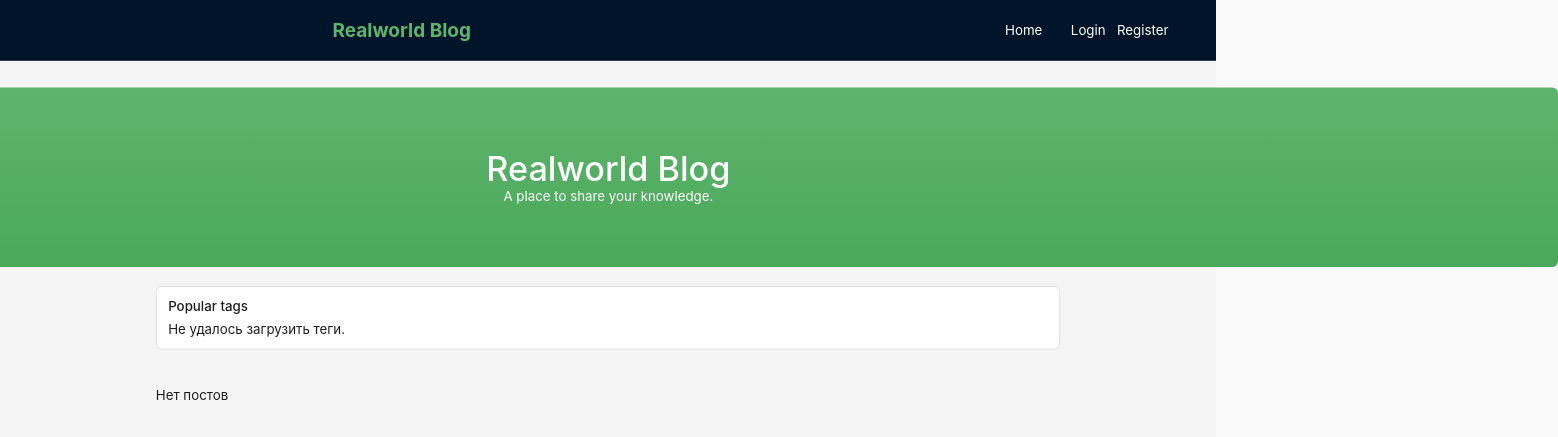
Repository: Rafged/S1mple-blog
Page: / (app in S1mple-blog-main/)
These files come from the project's save history. The page is drawn as it stood at one moment and after a run of saves; the edit follows.
The browser window is 1280 px wide. The page is 1640 px wide, so the pictures cover 1640 px, including what lies to the right of the window. The pictures show the whole page, at 95% of full size.
The page's requests for data from a server got no answer. The project was rebuilt for these pictures with package versions that can differ from the ones it lists, and the page was loaded fresh each time. No one was signed in, and anything a server would have sent is missing. Also part of the build but not shown: S1mple-blog-main/vite.config.js, S1mple-blog-main/src/pages/Login.jsx, S1mple-blog-main/src/pages/Register.jsx, S1mple-blog-main/src/pages/NewPost.jsx, S1mple-blog-main/src/pages/Settings.jsx, S1mple-blog-main/src/pages/Article.jsx, S1mple-blog-main/src/pages/Profile.css, S1mple-blog-main/src/pages/Profile.jsx.

Above is the page before, as saved 2025-10-06 14:51:15.

After the next 4 saves:
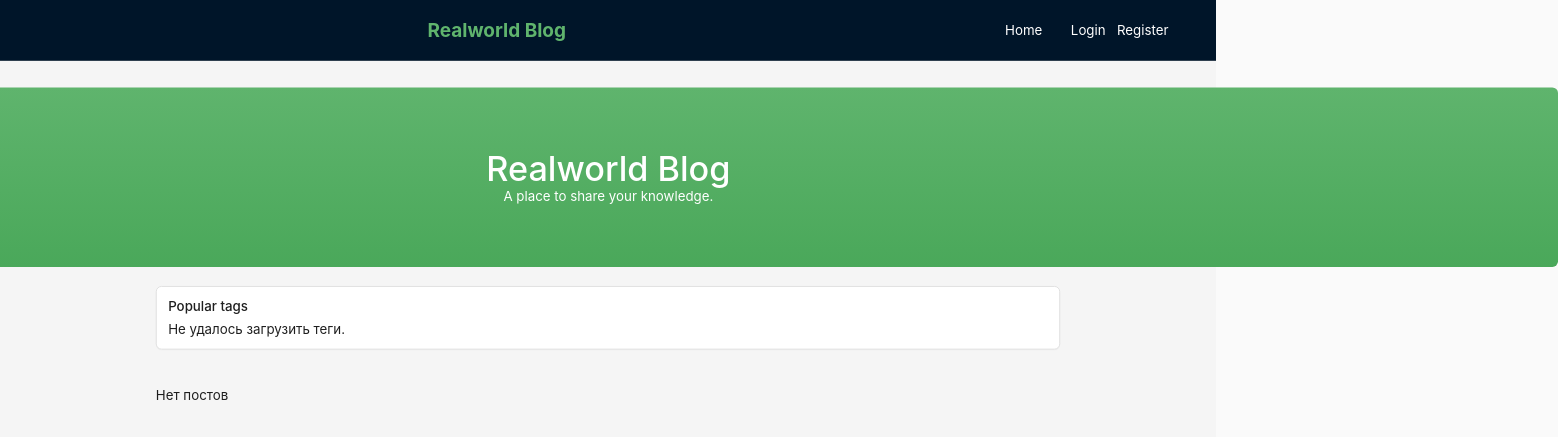
The 4 saves are shown as one change because they came seconds apart.
The last was saved 36 s later.
--- a/S1mple-blog-main/src/App.jsx
+++ b/S1mple-blog-main/src/App.jsx
@@ -35,7 +35,7 @@ export default function App(){
   return (
     <Layout style={{minHeight:'100vh'}}>
       <Header style={{display:'flex', alignItems:'center', justifyContent:'space-between'}}>
-        <div style={{color:'#5fb46d', fontWeight:700, fontSize: '20px', marginLeft: 300}}>Realworld Blog</div>
+        <div style={{color:'#5fb46d', fontWeight:700, fontSize: '20px', marginLeft: 400}}>Realworld Blog</div>
         <div>
           <Link to="/" style={{marginRight:30, color:'#fff'}}>Home</Link>
           {auth && <Link to="/new" style={{marginRight:25, color:'#fff'}}>New post</Link>}
